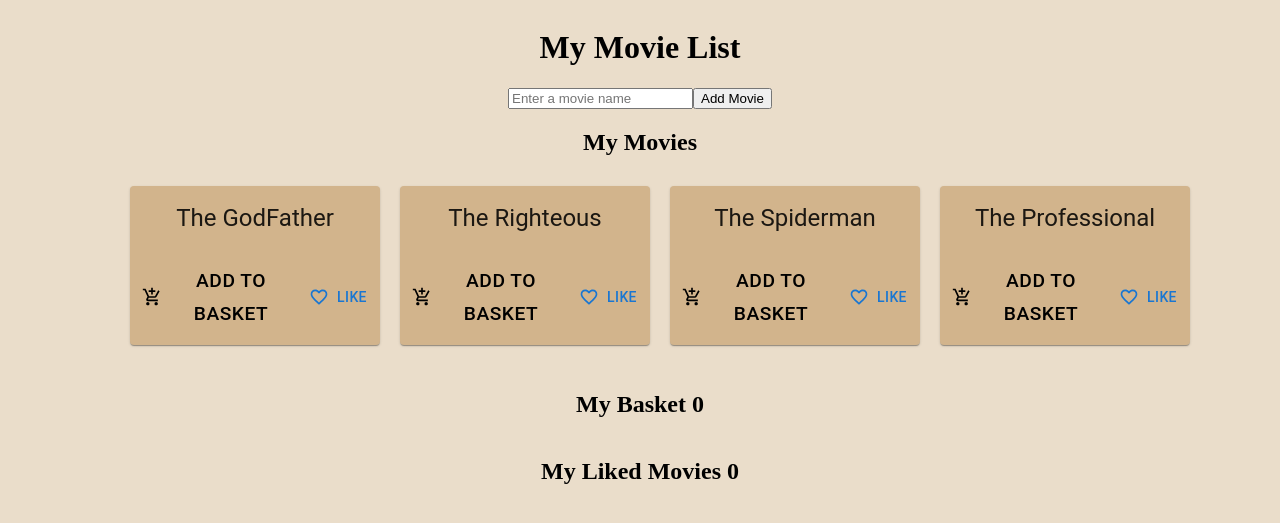
Repository: sinchana-p-iVoyant/redux-movie-store
Page: /
The author's editor kept a copy of each file at every save. The page is drawn from the files as they stood at one save, then again after a run of saves.
The browser window is 1280 px wide. The pictures show the whole page.
The project was rebuilt for these pictures with package versions that can differ from the ones it lists, and the page was loaded fresh each time. Also part of the build but not shown: vite.config.ts.

Above is the page before, as saved 2024-02-15 12:34:50.

### index.html
<!doctype html>
<html lang="en">
  <head>
    <meta charset="UTF-8" />
    <link rel="icon" type="image/svg+xml" href="/vite.svg" />
    <meta name="viewport" content="width=device-width, initial-scale=1.0" />
    <title>Redux Movie Store</title>
  </head>
  <body>
    <div id="root"></div>
    <script type="module" src="/src/main.tsx"></script>
  </body>
</html>

### src/main.tsx
import React from 'react'
import ReactDOM from 'react-dom/client'
import App from './App.tsx'
// import './index.css'
import store from './store/index';
import { Provider } from 'react-redux'


ReactDOM.createRoot(document.getElementById('root')!).render(
  <React.StrictMode>
    <Provider store={store}>
      <App />
    </Provider>
  </React.StrictMode>,
)

### src/App.tsx
import { useState } from "react";
// import './App.css'
import { useSelector, useDispatch } from "react-redux";
import {Movie} from './store/index'
import {Card, CardComponent, CardActions, Button, Typography, CardContent} from '@mui/material'
import { Favorite, FavoriteBorder, AddShoppingCart, RemoveShoppingCart } from "@mui/icons-material";
import './App.css'

const App = () => {
  const [movieTitle, setMovieTitle] = useState("");

  // 🔥 a. To Trigger from UI.
  const dispatch = useDispatch();

  // 🔥 b. To update the UI, based on state updates in the store.

  // movies state (array)
  // const movies = useSelector(state => state.movies)
  // ------> return value: state.movies

  // Note:
  // The function passed to `useSelector` selects a slice of the state that we are interested in.
  // The function parameter specifies the `structure` of the Redux state object.
  // It's `type` annotated in TypeScript to ensure the type safety.
  // specifying the structure of the Redux state object using TypeScript type annotations enhances code quality, readability, and maintainability while providing additional safety checks and tooling support during development.

  const movies = useSelector(
    (state : {
      movies: { title: string; liked: boolean; inBasket: boolean }[];
    }) => state.movies
  );

  // const basket = useSelector((state) => state.basket);
  const basket = useSelector((state: { basket: string[] }) => state.basket);

  // const likedMovies = useSelector((state) => state.likedMovies);
  const likedMovies = useSelector((state: { likedMovies: string[] }) => state.likedMovies);


  // 4. Action Creator
  const handleAddMovie = () => {
    const newMovie = {
      title: movieTitle,
      inBasket: false,
      liked: false
    }
    dispatch({ type: "ADD_MOVIE", payload: newMovie });
    setMovieTitle(""); // Reset back to Empty String
  };

  const handleAddToBasket = (movie: string) => {
    dispatch({ type: "ADD_TO_BASKET", payload: movie });
  };
  const handleAddToLikedMovies = (movie: string) => {
    dispatch({ type: "ADD_TO_LIKED_MOVIE", payload: movie });
  };

  return (
    <div className="container">
      <div>
        <h1>My Movie List</h1>
      </div>
      <div className="add-movie">
        <input
          type="text"
          placeholder="Enter a movie name"
          value={movieTitle}
          onChange={(e) => setMovieTitle(e.target.value)}
        />
        <button onClick={handleAddMovie}>Add Movie</button>
      </div>
      <div>
        <h2>My Movies</h2>
        <ul className="movie-list">
          {movies.map((movie: Movie, index) => (
            <Card key={index} className="movie-card" style={{backgroundColor: "#D2B48C"}}>
              <CardContent>
                <Typography variant="h5" component='h2'>
                  {movie.title}
                </Typography>
              </CardContent>

              <CardActions >
                <Button style={{ color: 'black', fontSize: '1.2rem' }}
                  startIcon={movie.inBasket ? <RemoveShoppingCart /> : <AddShoppingCart />}
                  onClick={() => handleAddToBasket(movie.title)}>
                  {movie.inBasket ? "Remove From Basket" : "Add To Basket"}
                </Button>
                <Button
                  startIcon={movie.liked ? <Favorite /> : <FavoriteBorder />}
                  onClick={() => handleAddToLikedMovies(movie.title)}>
                  {movie.liked ? "Dislike" : "Like"}
                </Button>
              </CardActions>

            </Card>
          ))}
        </ul>
      </div>
      <div>
        <h2>My Basket {basket.length}</h2>
        <ul>
          {basket.map((basket, index) => (
            <li key={index}>{basket}</li>
          ))}
        </ul>
      </div>
      <div>
        <h2>My Liked Movies {likedMovies.length}</h2>
        <ul>
          {likedMovies.map((likedMovie, index) => (
            <li key={index}>{likedMovie}</li>
          ))}
        </ul>
      </div>
    </div>
  );
};

export default App;

// 1. Save the new movie in the local state.
// 2. Add the new movie in local state to the Store.
// 3. Fetch the movies array, from the store

// 3. a. To display in - My Basket & My Liked Movies

### src/store/index.tsx
import { createStore } from "redux";

export type Movie = {
    title: string,
    inBasket: boolean,
    liked: boolean
}

export type State = {
    movies: Movie[],
    basket: string[],
    likedMovies: string[]
}

type Action =
  | { type: "ADD_MOVIE"; payload: Movie } |
    { type: 'ADD_TO_BASKET', payload: string } |
    { type: "ADD_TO_LIKED_MOVIE", payload: string };

// InitialState
const initialState: State = {
    movies: [
      {title: 'The GodFather', inBasket: false, liked: false},
      {title: 'The Righteous', inBasket: false, liked: false},
      {title: 'The Spiderman', inBasket: false, liked: false},
      {title: 'The Professional', inBasket: false, liked: false},
    ],
    basket: [],
    likedMovies: []
}

// Reducers - Make Immutable Updates
const reducer = (state: State = initialState, action: Action): State => {
  switch (action.type) {
    case 'ADD_MOVIE':
      return {
        ...state,
        movies: [...state.movies, action.payload]
      }
    case 'ADD_TO_BASKET':
      return {
        ...state,
          movies: state.movies.map(movie => movie.title === action.payload ? {...movie, inBasket: !movie.inBasket } : movie),
        basket: state.basket.includes(action.payload) ? state.basket.filter(movie => movie !== action.payload) : [...state.basket, action.payload]
      }
    case 'ADD_TO_LIKED_MOVIE':
      return {
        ...state,
        movies: state.movies.map(movie => movie.title === action.payload ? {...movie, liked: !movie.liked} : movie) ,
        likedMovies: state.likedMovies.includes(action.payload) ? state.likedMovies.filter(movie => movie !== action.payload) :  [...state.likedMovies, action.payload]
      }
    default:
      return state
  }
}

// Store
const store = createStore(reducer)
export default store

// 1. State
// 2. Reducer
// 3. Store

### src/App.css
body {
  background-color: #EADDCA;
}

h1, h2{
  text-align: center;
}

.container {
  display: flex;
  flex-direction: column;
  align-items: center;
  justify-content: center;
}

.movie-list {
  display: flex;
  flex-wrap: wrap;
  justify-content: center;
}

.movie-card {
  width: 250px;
  margin: 10px;
}

.card-content {
  padding: 16px;
}

.card-actions {
  display: flex;
  justify-content: space-between;
}


















/* #root {
  max-width: 1280px;
  margin: 0 auto;
  padding: 2rem;
  text-align: center;
} */

/*
.logo {
  height: 6em;
  padding: 1.5em;
  will-change: filter;
  transition: filter 300ms;
}
.logo:hover {
  filter: drop-shadow(0 0 2em #646cffaa);
}
.logo.react:hover {
  filter: drop-shadow(0 0 2em #61dafbaa);
}

@keyframes logo-spin {
  from {
    transform: rotate(0deg);
  }
  to {
    transform: rotate(360deg);
  }
}

@media (prefers-reduced-motion: no-preference) {
  a:nth-of-type(2) .logo {
    animation: logo-spin infinite 20s linear;
  }
}

.card {
  padding: 2em;
}

.read-the-docs {
  color: #888;
} */

/* ------------------------- */

After the next 4 saves:
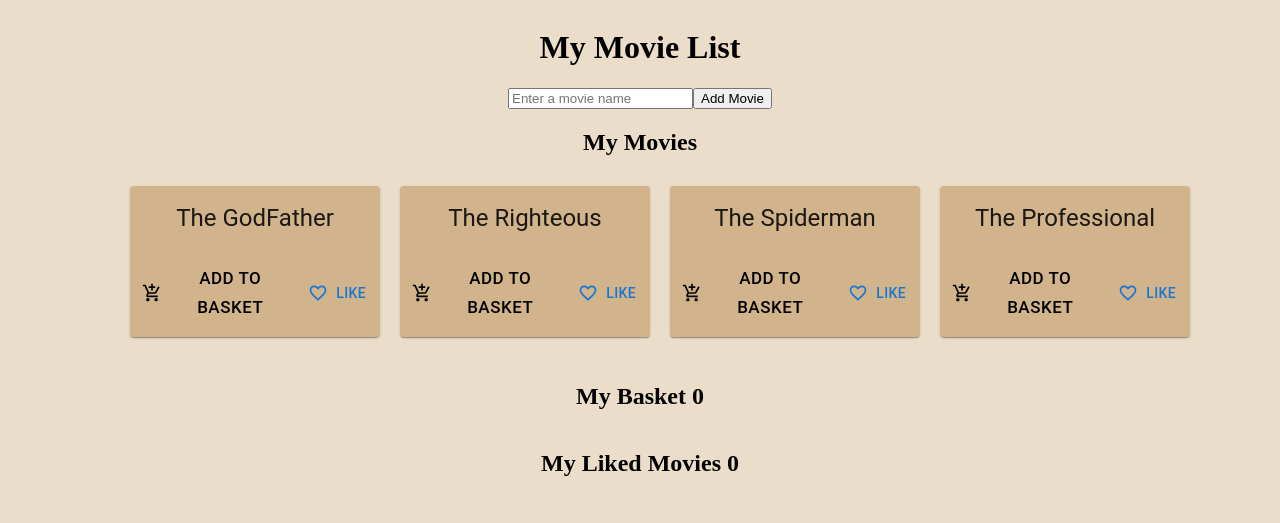
The 4 saves are shown as one change because they came seconds apart.
The last was saved 13 s later.
--- a/src/App.tsx
+++ b/src/App.tsx
@@ -81,7 +81,7 @@ const App = () => {
               </CardContent>
 
               <CardActions >
-                <Button style={{ color: 'black', fontSize: '1.2rem' }}
+                <Button style={{ color: 'black', fontSize: '17px' }}
                   startIcon={movie.inBasket ? <RemoveShoppingCart /> : <AddShoppingCart />}
                   onClick={() => handleAddToBasket(movie.title)}>
                   {movie.inBasket ? "Remove From Basket" : "Add To Basket"}
